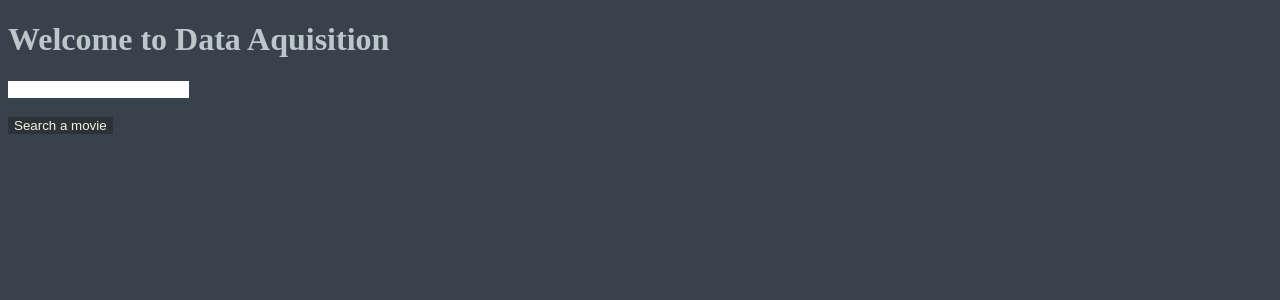
Repository: randy918/good-naked-beginning
Page: index.html
An editor plug-in stored every save of this project. The page is shown before and after a run of saves, followed by the edit.
The browser window is 1280 px wide. The pictures show the whole page.
The style sheet was rebuilt from its Sass, Less or Tailwind sources for each picture, by a compiler version that may differ from the author's.

Above is the page before, as saved 2023-01-01 15:37:18.

After the next 5 saves:
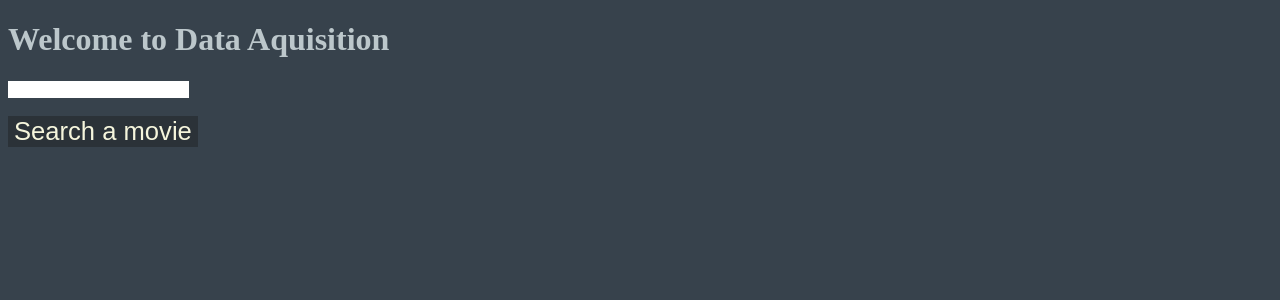
The 5 saves are shown as one change because 1 did not build or start and some came seconds apart.
The last was saved 22 s later.
--- a/css/main.scss
+++ b/css/main.scss
@@ -46,4 +46,5 @@ h1 {
 color: beige;
 background-color: getColor(theDarkGray);
 outline: none;
+font-size: 2vw;
 }
